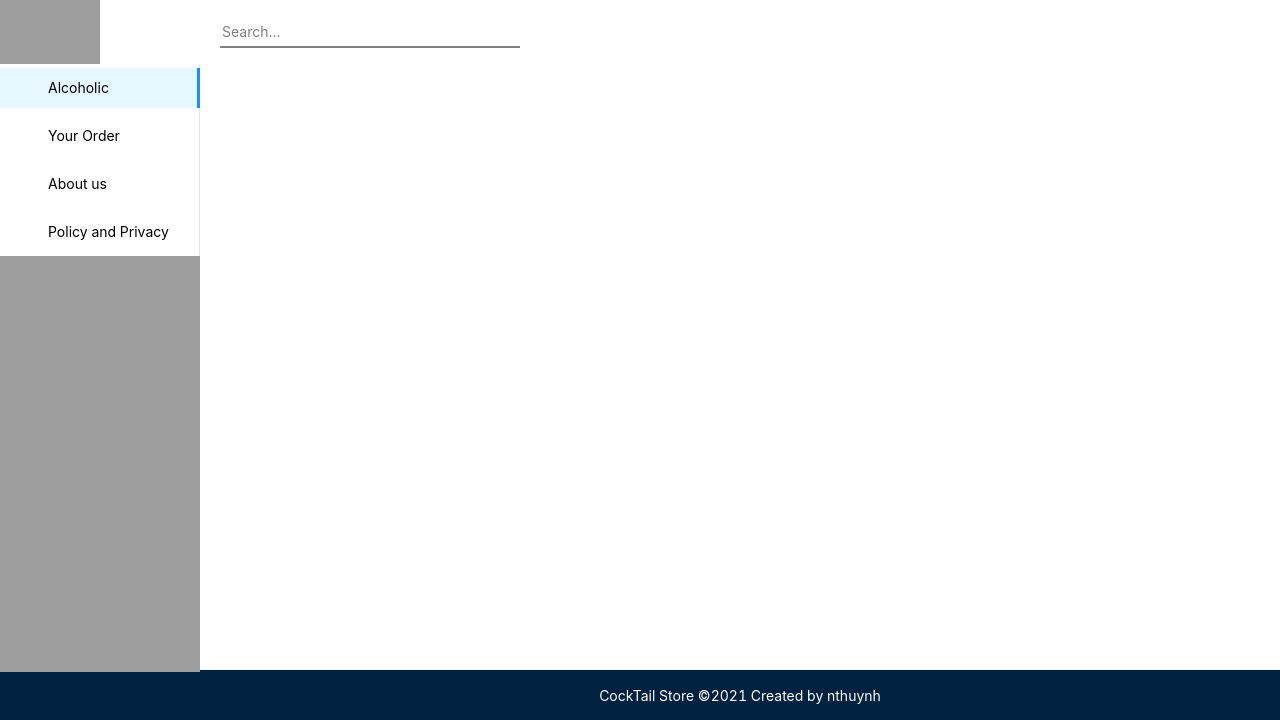
Repository: huynhnt1406/cocktail
Page: /
The author's editor kept a copy of each file at every save. The page is drawn from the files as they stood at one save, then again after the next save.
The browser window is 1280 px wide. The pictures show the whole page.
Pictures or frames that could not be fetched are drawn as grey boxes. The page's requests for data from a server got no answer. The project was rebuilt for these pictures with package versions that can differ from the ones it lists, and the page was loaded fresh each time. No one was signed in, and anything a server would have sent is missing. Also part of the build but not shown: src/components/DetailPage.vue, src/components/Order.vue, src/components/AboutUs.vue, src/components/PolicyandPrivacy.vue.

Above is the page before, as saved 2021-05-08 01:22:21.

### public/index.html
<!DOCTYPE html>
<html lang="">
  <head>
    <meta charset="utf-8">
    <meta http-equiv="X-UA-Compatible" content="IE=edge">
    <meta name="viewport" content="width=device-width,initial-scale=1.0">
    <link rel="icon" href="<%= BASE_URL %>favicon.ico">
    <title><%= htmlWebpackPlugin.options.title %></title>
    <link rel="preconnect" href="https://fonts.gstatic.com">
    <link href="https://fonts.googleapis.com/css2?family=Poppins:ital,wght@0,200;0,300;1,400&display=swap" rel="stylesheet">
    <link rel="stylesheet" href="https://cdnjs.cloudflare.com/ajax/libs/font-awesome/4.7.0/css/font-awesome.min.css">
  </head>
  <body>
    <noscript>
      <strong>We're sorry but <%= htmlWebpackPlugin.options.title %> doesn't work properly without JavaScript enabled. Please enable it to continue.</strong>
    </noscript>
    <div id="app"></div>
    <!-- built files will be auto injected -->
  </body>
</html>

### src/main.js
import Vue from 'vue'
import App from './App.vue'
import store from './store/index'
import router from './router/index'
import 'ant-design-vue/dist/antd.css';
import Antd from 'ant-design-vue';
Vue.config.productionTip = false
Vue.use(Antd);
new Vue({
  store,
  router,
  render: h => h(App),
}).$mount('#app')

### src/App.vue
<template>
  <a-layout id="components-layout-demo-side" theme="light"  style="min-height: 100vh">
    <a-layout-sider style="background-color:white" v-model="collapsed" collapsible >
      <img style="height:64px ; width:50%" src="https://i.pinimg.com/originals/fd/3e/53/fd3e533305c578157dbaf393b76ac1ee.jpg" alt="">
      <a-menu theme="light" :default-selected-keys="['1']" mode="inline">
        <a-menu-item key="1">
          <a-icon type="menu" />
          <span><router-link class="link" to="/">Alcoholic</router-link></span>
        </a-menu-item>
        <a-menu-item key="2">
           <a-icon type="shopping-cart" />
          <span><router-link class="link"  to="/yourorder">Your Order</router-link></span>
        </a-menu-item>
           <a-menu-item key="3">
           <a-icon type="info-circle" />
          <span><router-link class="link"  to="/aboutus">About us</router-link></span>
        </a-menu-item>
           <a-menu-item key="4">
           <a-icon type="safety-certificate" />
          <span><router-link class="link"  to="/policyandprivacy">Policy and Privacy</router-link></span>
        </a-menu-item>
      </a-menu>
      <img style="height:62% ; width:100%" src="https://www.gobourbon.com/wp-content/uploads/2019/03/EFCCF7C6-0A6F-4658-83B6-877007B0A1AC-751x1024.jpeg" alt="">
    </a-layout-sider>
    <a-layout>
      <a-layout-header style="background: #fff; padding: 0" >
        <SearchBar/>
      </a-layout-header>
      <a-layout-content>
        <div class="cocktail-lists" :style="{ padding:'24px',  background: '#fff', minHeight: '360px' }">
          <router-view/>
        </div>
      </a-layout-content>
      <a-layout-footer class="footer" style="text-align: center" :style="{padding:'2vh',color:'white' ,background: '#002140',textAlign:'center'}">
        CockTail Store ©2021 Created by nthuynh
      </a-layout-footer>
    </a-layout>
  </a-layout>
</template>
<script>
import SearchBar from './components/SearchBar'
export default {
  data() {
    return {
      collapsed: false,
    };
  },
  components:{
    SearchBar
  }
};
</script>

<style>
#components-layout-demo-side .logo {
  height: 32px;
  background: rgba(255, 255, 255, 0.2);
  margin: 16px;
}
#components-layout-demo-side{
  background-color: red;
}
.cocktail-lists{
  overflow-y: scroll;
  height:84vh;
}
.footer{
  background-color: white;
}
.link{
  color:black;
}
.link:focus{
  color:gray;
}
</style>

### src/store/index.js
import Vue from 'vue'
import Vuex from 'vuex'
import cocktail from './modules/cocktail'
Vue.use(Vuex)
export default new Vuex.Store({
    modules:{
        cocktail
    }
})

### src/router/index.js
import Vue from 'vue'
import VueRouter from 'vue-router'
import CockTail from '../components/CockTail'
import DetailPage from '../components/DetailPage'
import Order from '../components/Order'
import AboutUs  from '../components/AboutUs'
import PolicyandPrivacy from '../components/PolicyandPrivacy'
const routes = [
    {
        path:'/',
        name:'CockTail',
        component:CockTail
    },
    {
        path:'/detailpage/:id',
        name:'DetailPage',
        component:DetailPage,
        props:true
    },
    {
        path:'/yourorder',
        name:'Order',
        component:Order,
    },
    {
        path:'/aboutus',
        name:'AboutUs',
        component:AboutUs,
    },
    {
        path:'/policyandprivacy',
        name:'PolicyandPrivacy',
        component:PolicyandPrivacy,
    },
]
Vue.use(VueRouter)

export default new VueRouter({
    routes,
    mode:'history'
})

### src/components/SearchBar.vue
<template>
  <div class="searchbar">
    <div class="search-tool">
        <input type="text" placeholder="Search..." >
    </div>
  </div>
</template>

<script>
export default {
}
</script>

<style>
.searchbar{
    display: flex;
    justify-content: space-between;
    align-items: center;
    padding-left:10px;
    padding-right: 10px;
}
.search-tool input{
    height: 30px;
    width: 300px;
    background-color: transparent;
    border-left:none;
    border-right: none;
    border-top:none;
    border-bottom: 2px solid gray;
    margin-left: 10px;
    outline: none;
    color:gray;
}
::placeholder{
  color:gray;
}
.search-tool input:focus{
    border-bottom: 2px solid green;
}
</style>

### src/store/modules/cocktail.js
import axios from 'axios'

const state = {
    cocktailLists: [],
    cart:[]
}
const getters = {
    allCocktails : state => state.cocktailLists,
    allItems : state => state.cart
}
const actions = {
    async fetchCocktail({commit}){
        const res = await axios.get(`https://www.thecocktaildb.com/api/json/v1/1/search.php?f=b`)
        commit('getCocktail', res.data.drinks)
        console.log(res.data.drinks)
    },
    addProductToCart({commit}, {product, quantity}){
        commit('ADD_TO_CART', {product,quantity})
    },
    deleteItem({commit}, index) {
        commit('removeItem', index)
    }
}

const mutations = {
    getCocktail : (state, cocktailLists) => state.cocktailLists = cocktailLists,
    ADD_TO_CART : (state, {product,quantity}) => {
        state.cart.push({
            product,
            quantity
        })
    },
    removeItem: (state, index) => state.cart.filter(item => item.index !== index)
}

export default {
    state,getters,actions,mutations
}

### src/components/CockTail.vue
<template >
    <div class="homepage">
        <div class="cocktail-list">
            <div class="singlecocktail" v-for="cocktail in allCocktails" :key="cocktail.id">
                <div class="each-cocktail">
                    <div class="cocktail-img">
                        <img :src="cocktail.strDrinkThumb" :alt="cocktail.idDrink">
                    </div>
                    <div class="cocktail-detail">
                        <h3>🍹 {{cocktail.strDrink}}</h3>
                        <div class="action">
                            <a-button  type="secondary">
                                <i class="fa fa-money" aria-hidden="true"> {{money}}</i>
                            </a-button>
                            <a-button type="primary" >
                                <router-link :to="{name:'DetailPage', params:{id:cocktail.idDrink}}">Detail</router-link>
                            </a-button>
                        </div>
                    </div>
                </div>
            </div>
        </div>
    </div>
</template>
<script>
import {mapGetters, mapActions} from 'vuex'

export default {
    name:'Cocktail',
    data(){
        return{
            money:20,
        }
    },
    computed: mapGetters(["allCocktails"]),
    created(){
        this.fetchCocktail()
    },
    methods:{
        ...mapActions(["fetchCocktail"]),
        randomMoney(){
            this.money = this.money + Math.trunc(Math.random() * 100)
            console.log(this.money)
        },
    },
    mounted(){
        this.randomMoney()
    }
}
</script>
<style >
.homepage{
    font-family: "Poppins",sans-serif;
    background:white;
    color:white;
}
.singlecocktail img{
    height: 150px;
    width: 150px;
}
.singlecocktail {
    height: fit-content;
    width: 150px;
    margin:20px;
}
.cocktail-list{
    display: flex;
    flex-wrap: wrap;
    justify-content: center;
}
.action{
    display: flex;
    justify-content: space-between;
    align-items: center;
}
.cocktail-detail h3{
    color:gray;
}
</style>

After the next save:
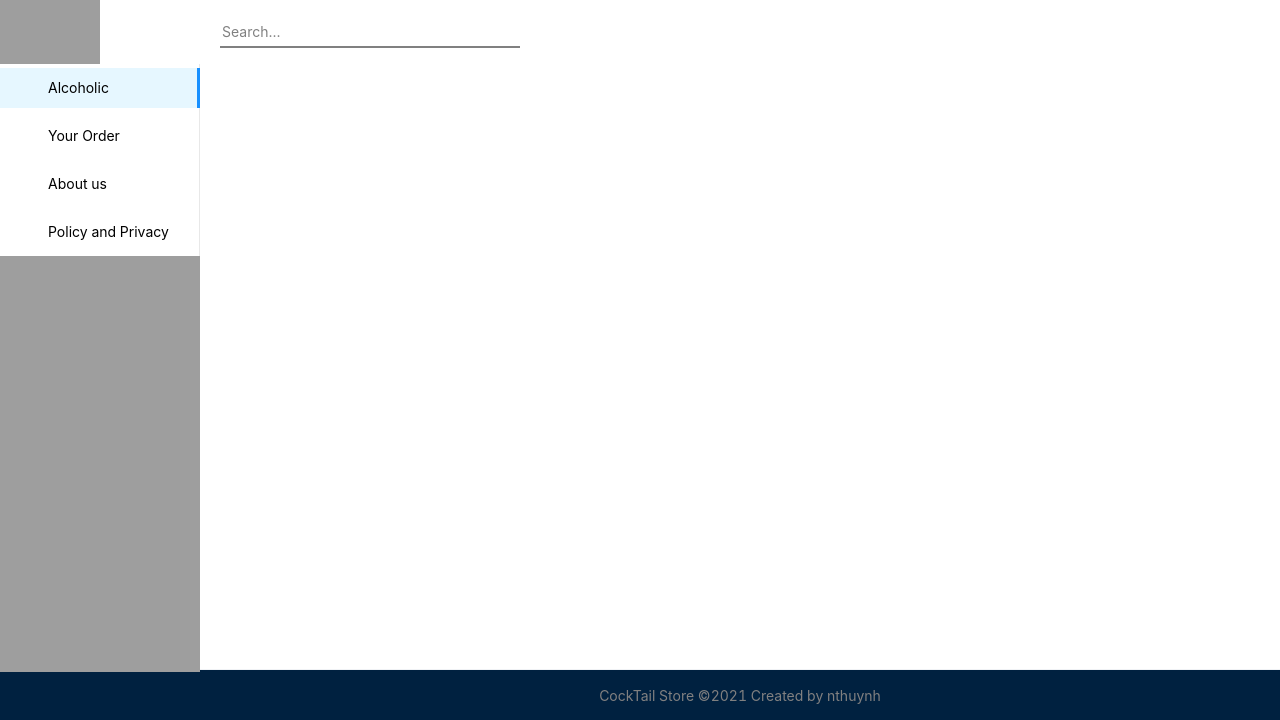
Saved 10 s later.
--- a/src/App.vue
+++ b/src/App.vue
@@ -31,7 +31,7 @@
           <router-view/>
         </div>
       </a-layout-content>
-      <a-layout-footer class="footer" style="text-align: center" :style="{padding:'2vh',color:'white' ,background: '#002140',textAlign:'center'}">
+      <a-layout-footer class="footer" style="text-align: center" :style="{padding:'2vh',color:'gray' ,background: '#002140',textAlign:'center'}">
         CockTail Store ©2021 Created by nthuynh
       </a-layout-footer>
     </a-layout>
